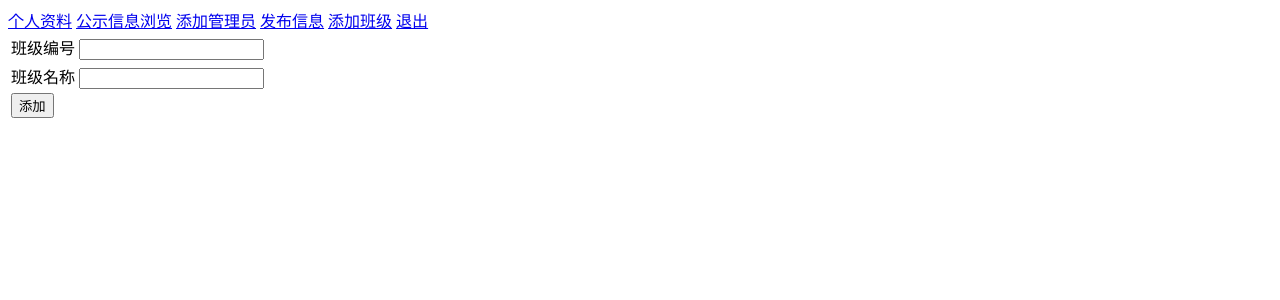
Repository: wyubb/Java
Page: http://localhost/Chapter3/addclasses.jsp
The author's editor kept a copy of each file at every save. The page is drawn from the files as they stood at one save, then again after the next save.
The browser window is 1280 px wide. The pictures show the whole page.
The page is served by Tomcat 9. Queries for data that is not in the repository find no rows.

Above is the page before, as saved 2019-04-07 07:49:21.

After the next save:
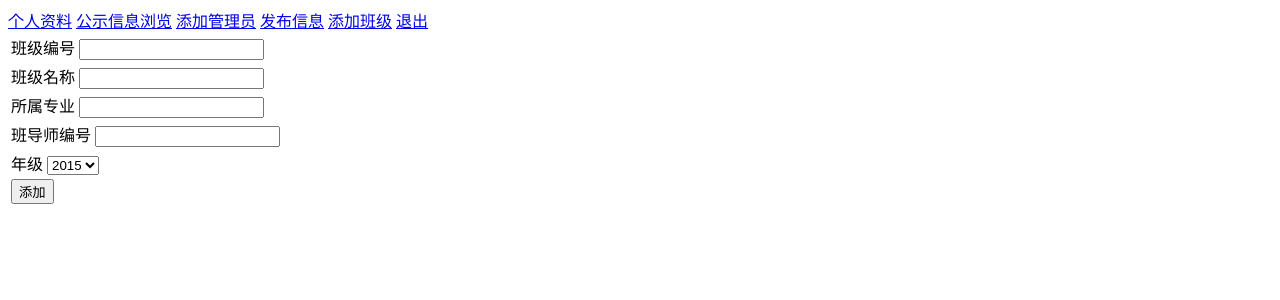
Saved 8 min 8 s later.
--- a/Chapter3/WebContent/addclasses.jsp
+++ b/Chapter3/WebContent/addclasses.jsp
@@ -51,6 +51,29 @@ String basePath = request.getScheme()+"://"+request.getServerName()+":"+request.
 		</tr>
 		<tr>
 			<td>
+				<label>所属专业</label>
+				<input type = "text" name = "classes_speciality" />
+			</td>
+		</tr>
+		<tr>
+			<td>
+				<label>班导师编号</label>
+				<input type = "text" name = "classes_teacher" />
+			</td>
+		</tr>
+		<tr>
+			<td>
+				<label>年级</label>
+				<select>
+					<option value = "2015">2015</option>
+					<option value = "2016">2016</option>
+					<option value = "2017">2017</option>
+					<option value = "2018">2018</option>
+				</select>
+			</td>
+		</tr>
+		<tr>
+			<td>
 				<input type="submit" value="添加"/>
 			</td>
 		</tr>
